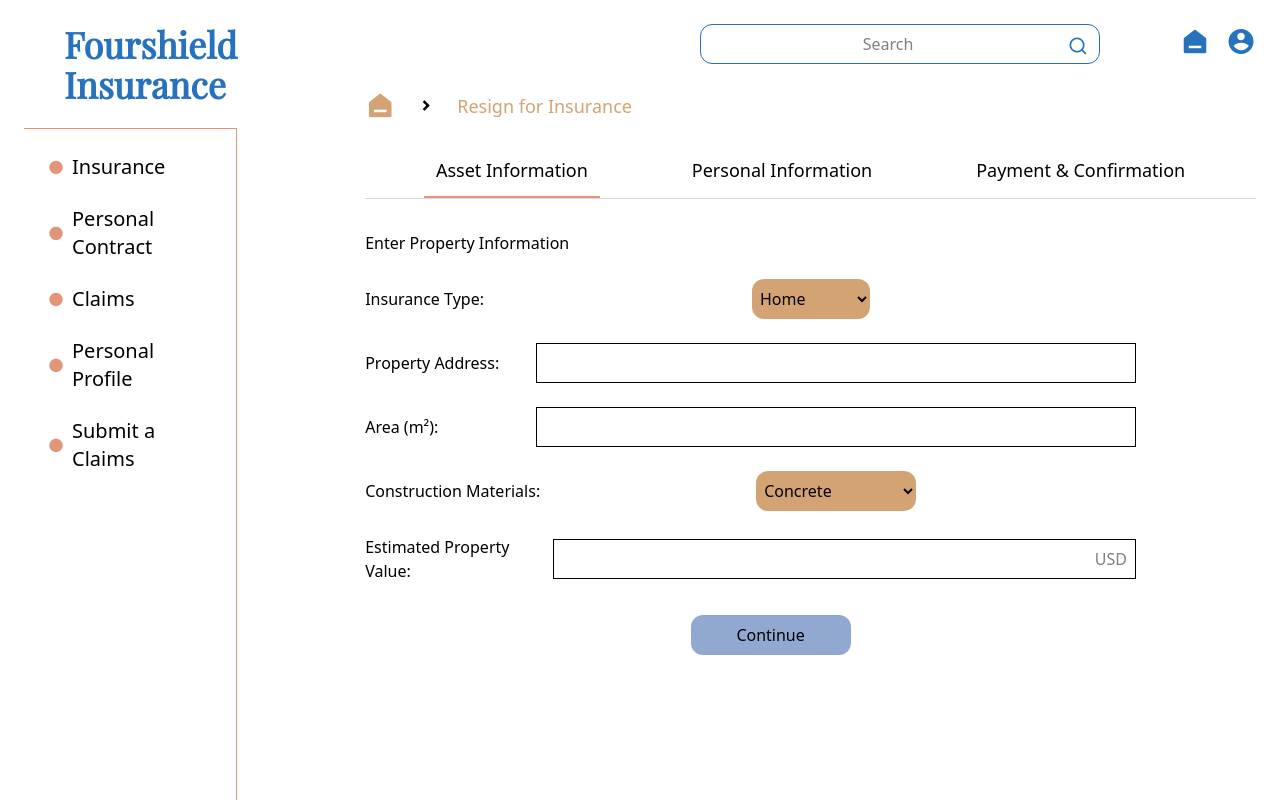
Repository: MockProject9920/MockProject_022025_Nhom4
Page: / (app in frontend/)
The author's editor kept a copy of each file at every save. The page is drawn from the files as they stood at one save, then again after the next save.
The browser window is 1280 px wide. The pictures show the whole page.
The project was rebuilt for these pictures with package versions that can differ from the ones it lists, and the page was loaded fresh each time. Also part of the build but not shown: frontend/vite.config.js, frontend/src/pages/Login.jsx.

Above is the page before, as saved 2025-03-05 17:12:13.

### frontend/index.html
<!DOCTYPE html>

<html lang="en">
  <head>
    <meta charset="UTF-8" />
    <link rel="icon" type="image/svg+xml" href="/vite.svg" />
    <meta name="viewport" content="width=device-width, initial-scale=1.0" />
    <title>Vite + React</title>
  </head>
  <body>
    <div id="root"></div>
    <script type="module" src="/src/main.jsx"></script>
  </body>
</html>

### frontend/src/index.css
@import "tailwindcss";
@import "remixicon/fonts/remixicon.css";
/*  font-family: system-ui, Avenir, Helvetica, Arial, sans-serif;
  line-height: 1.5;
  font-weight: 400;

  color-scheme: light dark;
  color: rgba(255, 255, 255, 0.87);
  background-color: #242424;

  font-synthesis: none;
  text-rendering: optimizeLegibility;
  -webkit-font-smoothing: antialiased;
  -moz-osx-font-smoothing: grayscale;
}

a {
  font-weight: 500;
  color: #646cff;
  text-decoration: inherit;
}
a:hover {
  color: #535bf2;
}

body {
  margin: 0;
  display: flex;
  place-items: center;
  min-width: 320px;
  min-height: 100vh;
}

h1 {
  font-size: 3.2em;
  line-height: 1.1;
}

button {
  border-radius: 8px;
  border: 1px solid transparent;
  padding: 0.6em 1.2em;
  font-size: 1em;
  font-weight: 500;
  font-family: inherit;
  background-color: #1a1a1a;
  cursor: pointer;
  transition: border-color 0.25s;
}
button:hover {
  border-color: #646cff;
}
button:focus,
button:focus-visible {
  outline: 4px auto -webkit-focus-ring-color;
}

@media (prefers-color-scheme: light) {
  :root {
    color: #213547;
    background-color: #ffffff;
  }
  a:hover {
    color: #747bff;
  }
  button {
    background-color: #f9f9f9;
  }
} */

### frontend/src/App.jsx
import AssetInformation from "./pages/AssetInformation";
import Login from "./pages/Login";

function App() {
  return (
    <>
      <AssetInformation />
    </>
  );
}

export default App;

### frontend/src/pages/AssetInformation.jsx
import React, { useState } from "react";
import "@fontsource/playfair-display";

function AssetInformation() {
  const [isSidebarOpen, setIsSidebarOpen] = useState(false);

  return (
    <div className="flex flex-col md:flex-row h-screen w-screen">
      <button
        className="md:hidden p-4 text-2xl text-[#2772BD]"
        onClick={() => setIsSidebarOpen(!isSidebarOpen)}
      >
        <i className="ri-menu-line"></i>
      </button>

      <div
        className={`fixed md:static top-0 left-0 h-full w-[280px] bg-white  p-6 transition-transform duration-300
        ${
          isSidebarOpen ? "translate-x-0" : "-translate-x-full md:translate-x-0"
        }`}
      >
        <button
          className="md:hidden text-2xl text-[#E29578] mb-4"
          onClick={() => setIsSidebarOpen(false)}
        >
          <i className="ri-close-line"></i>
        </button>
        <p
          className="text-4xl text-[#2772BD] font-bold pl-10 mb-6"
          style={{ fontFamily: "Playfair Display" }}
        >
          Fourshield Insurance
        </p>
        <div className="space-y-6 h-full p-6 border-t border-r border-[#E29578]">
          {[
            "Insurance",
            "Personal Contract",
            "Claims",
            "Personal Profile",
            "Submit a Claims",
          ].map((item, index) => (
            <div key={index} className="flex space-x-2 items-center">
              <i className="ri-circle-fill text-[#E29578]"></i>
              <p className="text-xl">{item}</p>
            </div>
          ))}
        </div>
      </div>

      {/* Nội dung chính */}
      <div className="w-full p-6 ">
        <div className="flex justify-end space-x-20">
          <div className="relative ">
            <input
              placeholder="Search"
              className="w-40 md:w-100 h-10 border border-[#2772BD] text-center py-2 pr-10 pl-4 rounded-xl"
            />
            <i className="ri-search-line absolute right-3 top-[8px] text-[#2772BD] text-xl"></i>
          </div>
          <div className="flex space-x-4 text-[#2772BD] text-2xl">
            <i className="ri-home-6-fill text-3xl"></i>
            <i className="ri-account-circle-fill text-3xl"></i>
          </div>
        </div>

        <div className="flex space-x-4 items-center mt-6 ml-20">
          <i className="ri-home-6-fill text-3xl text-[#D4A373]"></i>
          <i className="ri-arrow-drop-right-line text-3xl"></i>
          <p className="text-lg text-[#D4A373]">Resign for Insurance</p>
        </div>

        <div className="flex space-x-20 ml-20 mt-5 justify-center border-b-1 border-b-[#D9D9D9]">
          <p className="text-lg p-3 border-b-2 border-b-[#E29578] z-10">
            Asset Information
          </p>
          <p className="text-lg p-3 ">Personal Information</p>
          <p className="text-lg p-3 ">Payment & Confirmation</p>
        </div>

        <div className="mt-8 space-y-6 ml-20">
          <p className="font-medium">Enter Property Information</p>
          <div className="flex flex-col md:flex-row md:items-center md:space-x-4">
            <p className="font-medium">Insurance Type:</p>
            <select className="h-10 p-1 ml-63 rounded-xl bg-[#D4A373] w-full md:w-auto">
              {["Home", "Apartment", "Commercial"].map((type) => (
                <option className="bg-white" key={type} value={type}>
                  {type}
                </option>
              ))}
            </select>
          </div>
          <div className="flex flex-col md:flex-row md:items-center md:justify-between ">
            <p className="font-medium">Property Address:</p>
            <input className="border p-2 w-full mr-30 md:w-150 h-10" />
          </div>
          <div className="flex flex-col md:flex-row md:items-center md:justify-between">
            <p className="font-medium">Area (m²):</p>
            <input className="border p-2 mr-30 w-full md:w-150 h-10" />
          </div>
          <div className="flex flex-col md:flex-row md:items-center md:space-x-4">
            <p className="font-medium">Construction Materials:</p>
            <select className="h-10 p-1 ml-50 rounded-xl bg-[#D4A373] w-full md:w-40">
              {["Concrete", "Brick", "Wood", "Other"].map((material) => (
                <option className="bg-white" key={material} value={material}>
                  {material}
                </option>
              ))}
            </select>
          </div>
          <div className="flex flex-col md:flex-row md:items-center md:justify-between">
            <p className="font-medium">Estimated Property Value:</p>
            <input
              placeholder="USD"
              className="border p-2 mr-30 text-right w-full md:w-150 h-10"
            />
          </div>
        </div>

        <div className="text-center mt-8">
          <button className="bg-[#91A8D0] p-2 w-40 rounded-xl">Continue</button>
        </div>
      </div>
    </div>
  );
}

export default AssetInformation;

Loaded but not shown: frontend/src/main.jsx (common file)

After the next save:
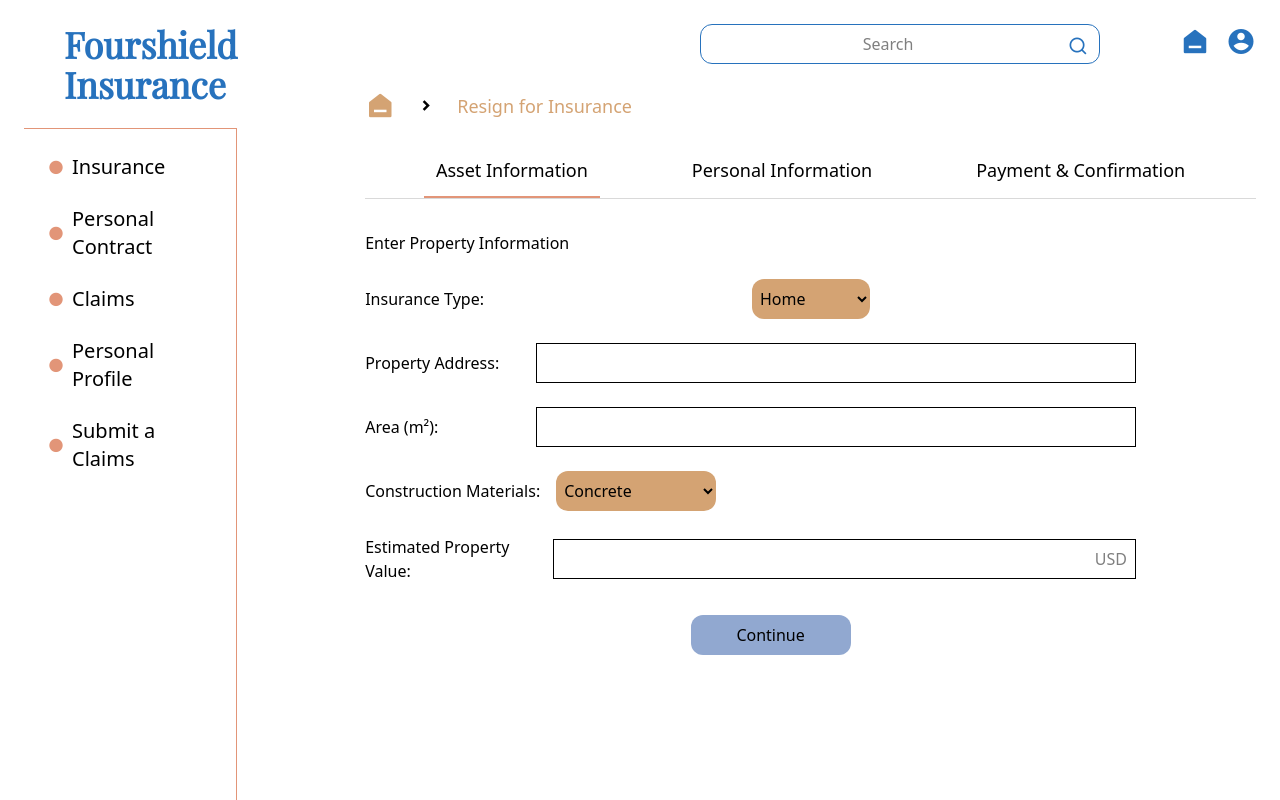
Saved 8 s later.
--- a/frontend/src/pages/AssetInformation.jsx
+++ b/frontend/src/pages/AssetInformation.jsx
@@ -99,7 +99,7 @@
           </div>
           <div className="flex flex-col md:flex-row md:items-center md:space-x-4">
             <p className="font-medium">Construction Materials:</p>
-            <select className="h-10 p-1 ml-50 rounded-xl bg-[#D4A373] w-full md:w-40">
+            <select className="h-10 p-1 ml-50 rounded-xl bg-[#D4A373] w-full md:w-40 md:ml-0">
               {["Concrete", "Brick", "Wood", "Other"].map((material) => (
                 <option className="bg-white" key={material} value={material}>
                   {material}

After the save that followed:
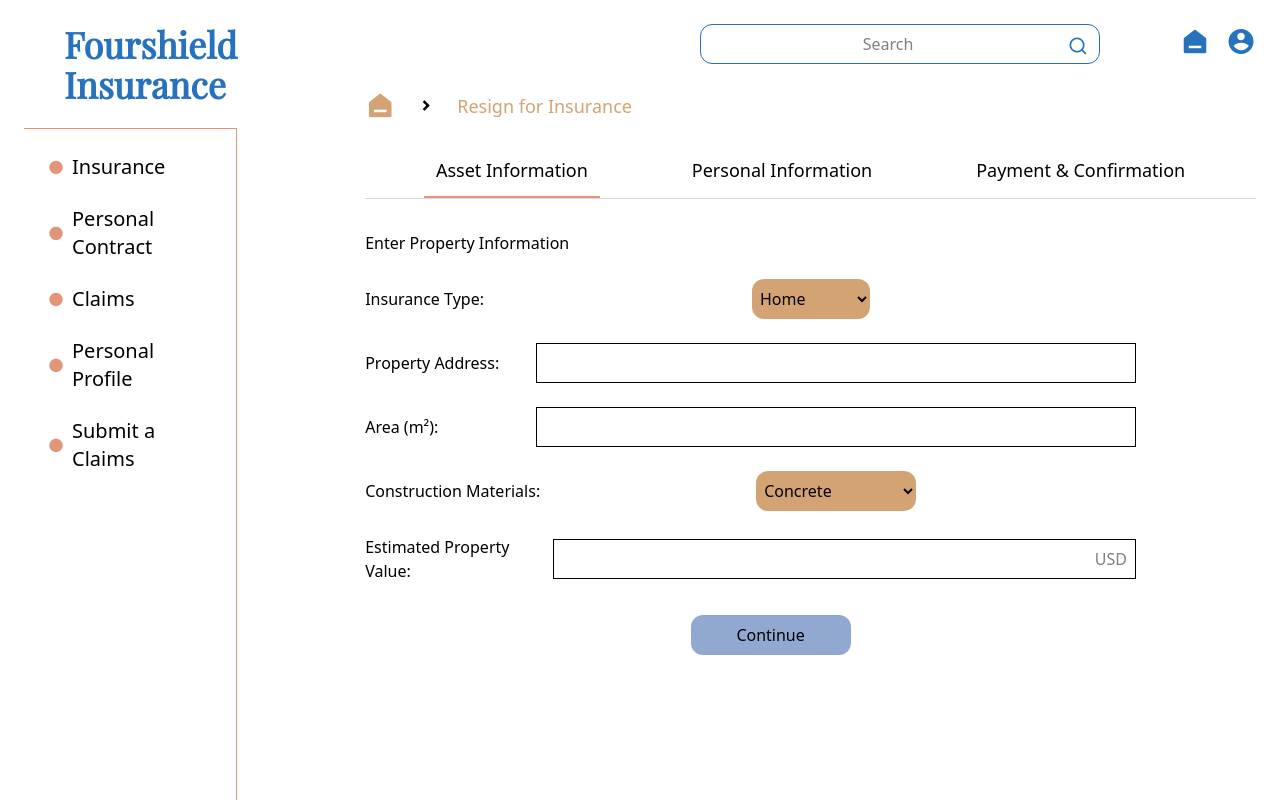
Saved 37 s later.
--- a/frontend/src/pages/AssetInformation.jsx
+++ b/frontend/src/pages/AssetInformation.jsx
@@ -99,7 +99,7 @@
           </div>
           <div className="flex flex-col md:flex-row md:items-center md:space-x-4">
             <p className="font-medium">Construction Materials:</p>
-            <select className="h-10 p-1 ml-50 rounded-xl bg-[#D4A373] w-full md:w-40 md:ml-0">
+            <select className="h-10 p-1 ml-50 rounded-xl bg-[#D4A373] w-full md:w-40 ">
               {["Concrete", "Brick", "Wood", "Other"].map((material) => (
                 <option className="bg-white" key={material} value={material}>
                   {material}
